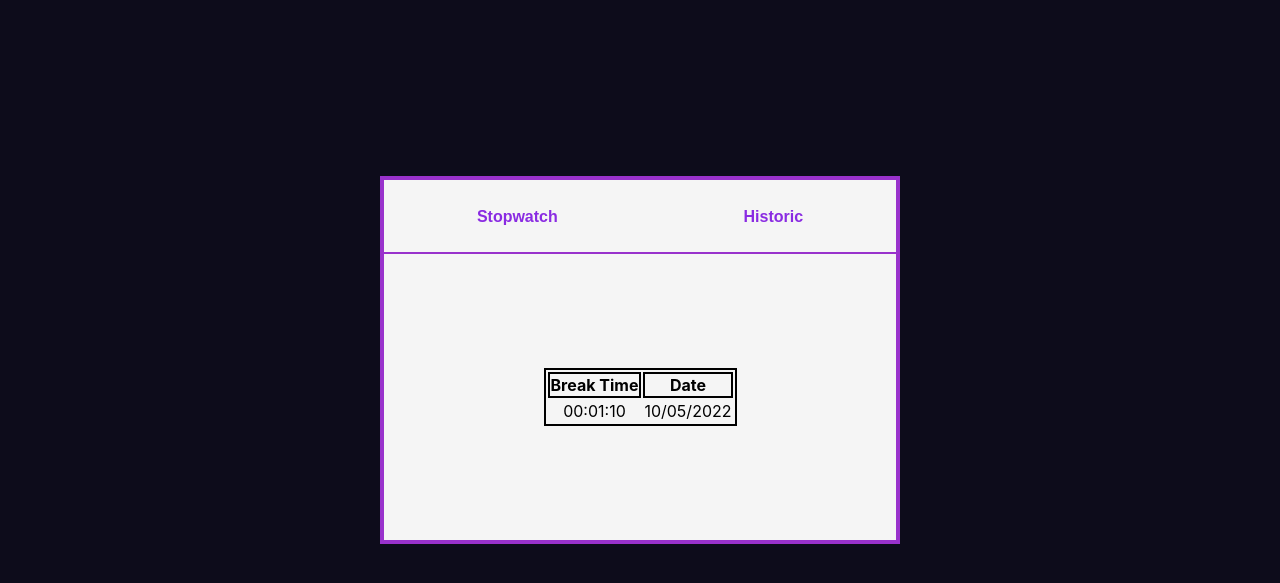
Repository: NicolasRSJ/fastdoubleclick
Page: /
An editor plug-in stored every save of this project. The page is shown before and after the next save, followed by the edit.
The browser window is 1280 px wide. The pictures show the whole page.
The project was rebuilt for these pictures with package versions that can differ from the ones it lists, and the page was loaded fresh each time. Also part of the build but not shown: src/Views/Stopwatch/Index.jsx.

Above is the page before, as saved 2022-10-28 00:30:36.

### src/App.js
import './App.css';
import { Historic } from './Views/History/Index';
import { Stopwatch } from './Views/Stopwatch/Index';


function App() {
  return (
    <div className="App">
      <Historic/>
    </div>
  );
}

export default App;

### src/App.css
.App {
  background-color: #0d0c1b;
  width: 100vw;
  height: 100vh;
  display: flex;
  flex-direction: column;
  align-items: center;
  justify-content: center;
  text-align: center;
}

### src/Views/History/Index.jsx
import React from 'react'
import "./Index.css"

export const Historic = () => {

  return (
    <div className="container">
        <nav className="navigation">
            <p><a href='/'>Stopwatch</a></p>
            <p><a href='/historic'>Historic</a></p>
        </nav>
        <section className="contents">
            <table>
                <tr>
                    <th>Break Time</th>
                    <th>Date</th>
                </tr>
                <tr>
                    <td>00:01:10</td>
                    <td>10/05/2022</td>
                </tr>
            </table>
        </section>
    </div>
  )
}

### src/Views/History/Index.css
.container {
    width: 40%;
    height: 50vh;
    display: flex;
    flex-direction: column;
    background-color: whitesmoke;
    border: 4px solid darkorchid;
}

.navigation {
    width: 100%;
    height: 20%;
    display: flex;
    align-items: center;
    justify-content: space-around;
    border-bottom: 2px solid darkorchid;
}

.navigation p a {
    font-size: medium;
    font-weight: 600;
    text-decoration: none;
    font-family: sans-serif;
    color: blueviolet;
}

.contents {
    width: 100%;
    height: 80%;
    display: flex;
    align-items: center;
    justify-content: space-around;
    flex-direction: column;
}

.contents table {
    border: 2px solid black;
}

.contents table th {
    border: 2px solid black;
}

### src/Views/Stopwatch/Index.css
.container {
    width: 40%;
    height: 50vh;
    display: flex;
    flex-direction: column;
    background-color: whitesmoke;
    border: 4px solid darkorchid;
}

.navigation {
    width: 100%;
    height: 20%;
    display: flex;
    align-items: center;
    justify-content: space-around;
    border-bottom: 2px solid darkorchid;
}

.navigation p a {
    font-size: medium;
    font-weight: 600;
    text-decoration: none;
    font-family: sans-serif;
    color: blueviolet;
}

.contents {
    width: 100%;
    height: 80%;
    display: flex;
    align-items: center;
    justify-content: space-around;
    flex-direction: column;
}

.contents button {
    border: 2px solid darkorchid;
    border-radius: 100px;
    width: auto;
    height: auto;
    padding: 10px;
    background-color: whitesmoke;
    color: blueviolet;
    cursor: pointer;
    font-weight: 700;
}

.contents button:hover {
    border: none;
    background-color: darkorchid;
    color: white;
}

Loaded but not shown: public/index.html (common file); src/index.js (common file); src/index.css (common file); src/reportWebVitals.js (common file)

After the next save:
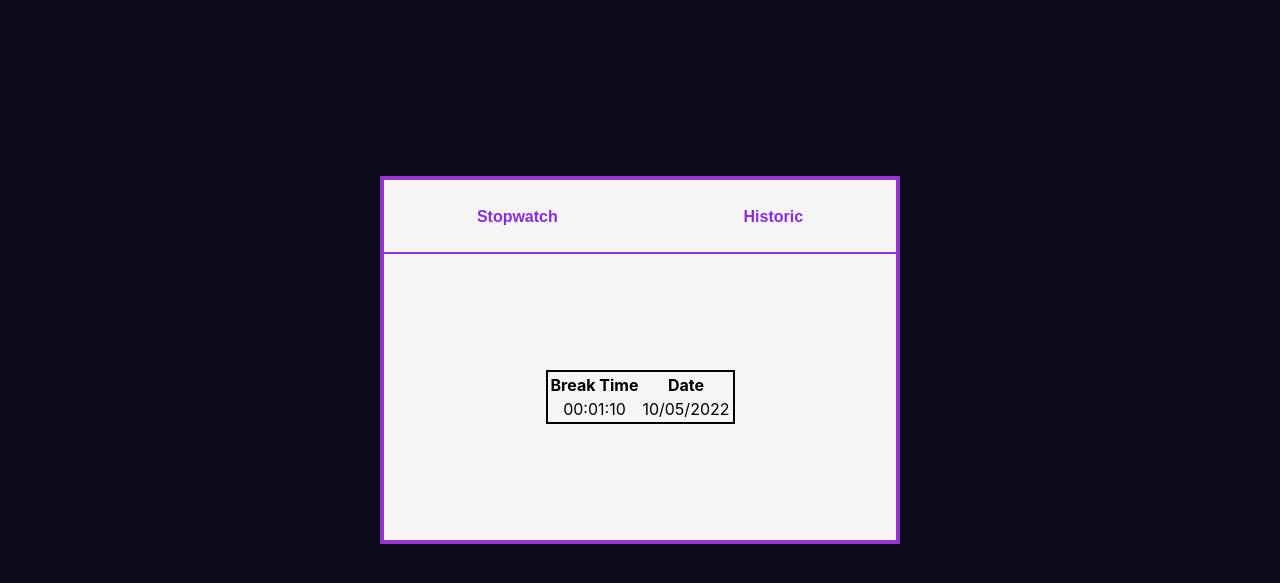
Saved 10 s later.
--- a/src/Views/History/Index.css
+++ b/src/Views/History/Index.css
@@ -37,6 +37,6 @@
     border: 2px solid black;
 }
 
-.contents table th {
+.contents table tr {
     border: 2px solid black;
 }
